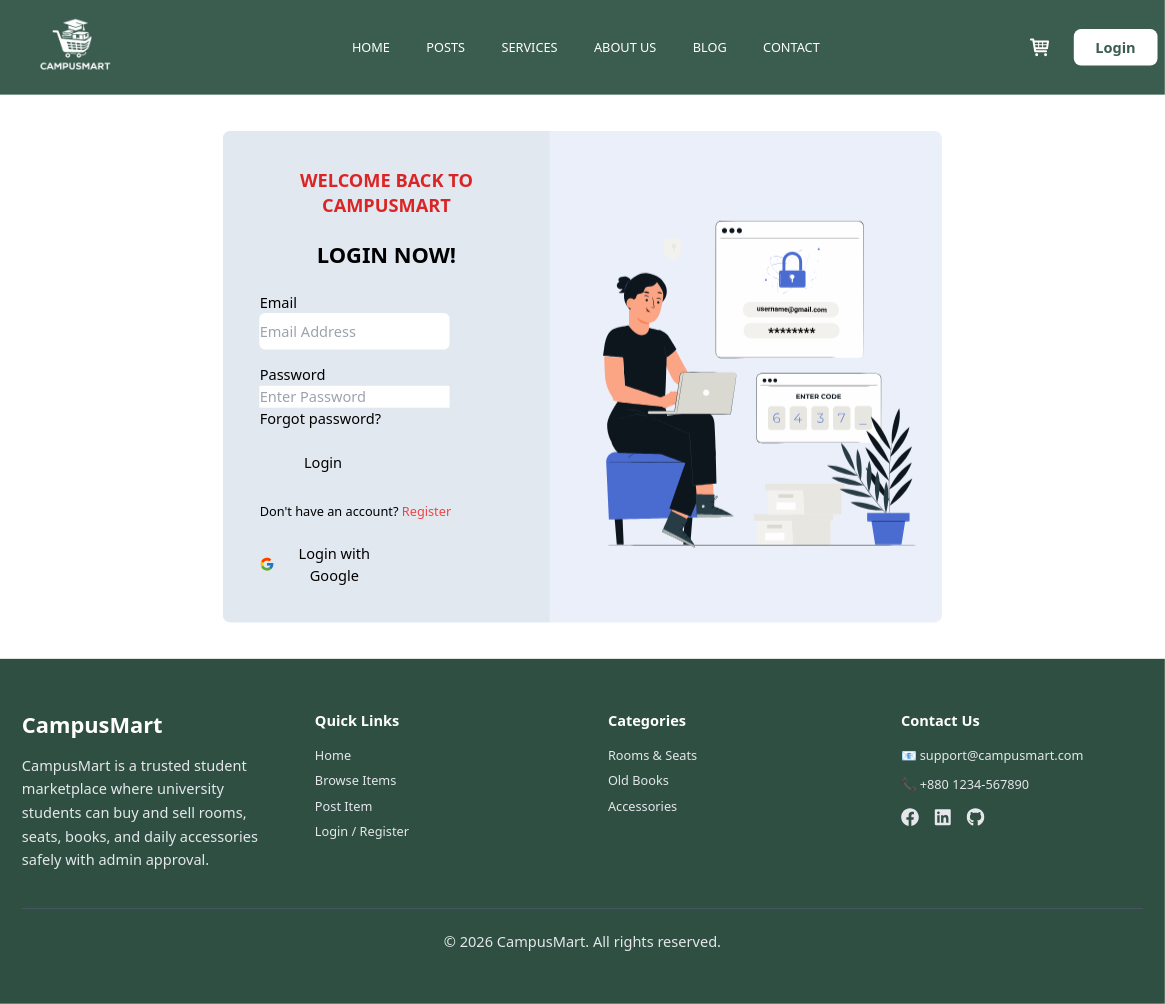
Repository: jahidhasanri/CAMPUSMART
Page: /login
These files come from the project's save history. The page is drawn as it stood at one moment and after the next save; the edit follows.
The browser window is 1280 px wide. The pictures show the whole page, at 91% of full size.
The project was rebuilt for these pictures with package versions that can differ from the ones it lists, and the page was loaded fresh each time. Also part of the build but not shown: vite.config.js, src/components/Banner.jsx, src/Pages/Home.jsx, src/Pages/Register.jsx.

Above is the page before, as saved 2026-01-13 23:19:30.

After the next save:
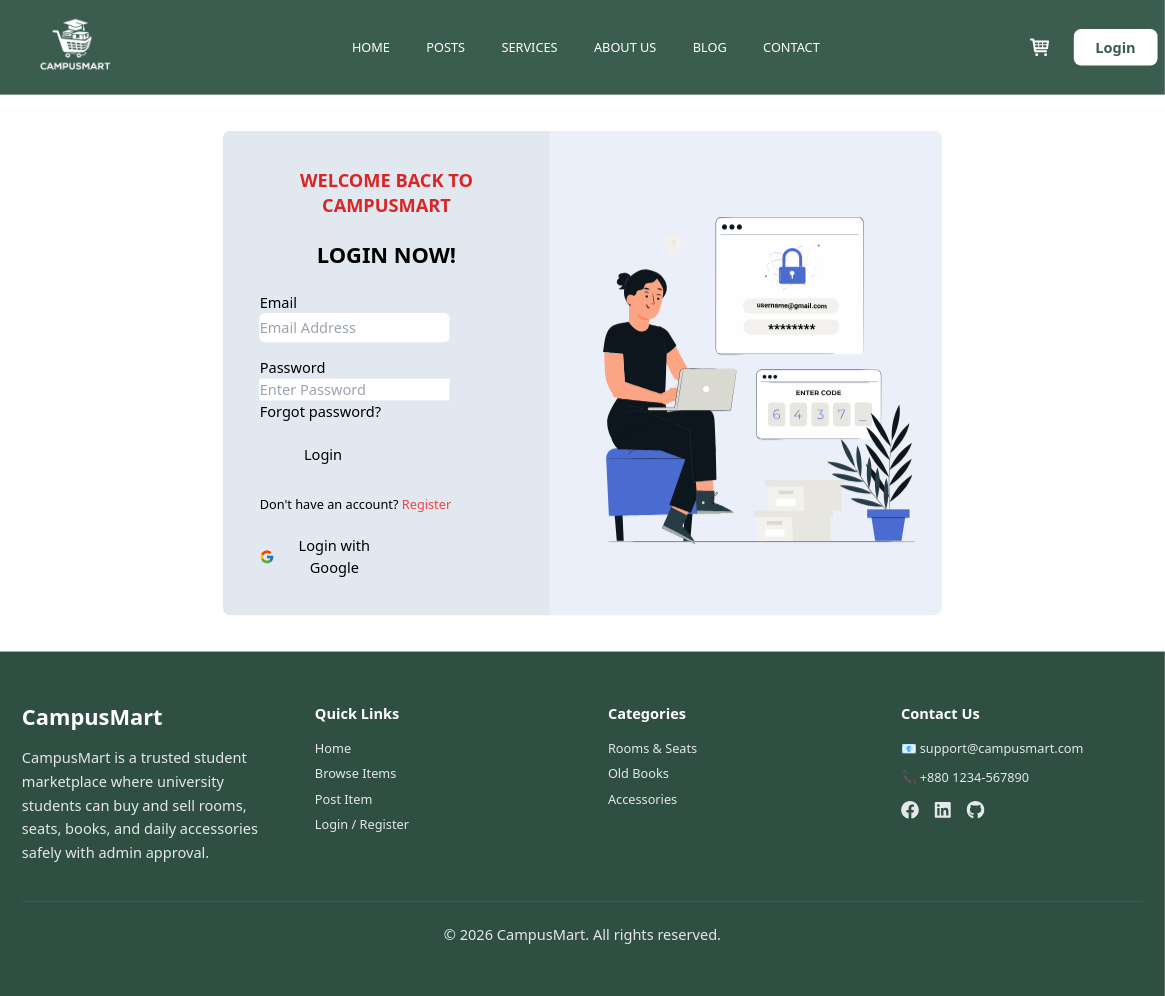
Saved 4 s later.
--- a/src/Pages/Login.jsx
+++ b/src/Pages/Login.jsx
@@ -89,7 +89,7 @@
             type="email"
             name="email"
             placeholder="Email Address"
-            className="input input-bordered w-full h-10 rounded-md lg:w-9/12 bg-white border-gray-300"
+            className="input input-bordered w-full h-8 rounded-md lg:w-9/12 bg-white border-gray-300"
             required
           />
           </div>

After the save that followed:
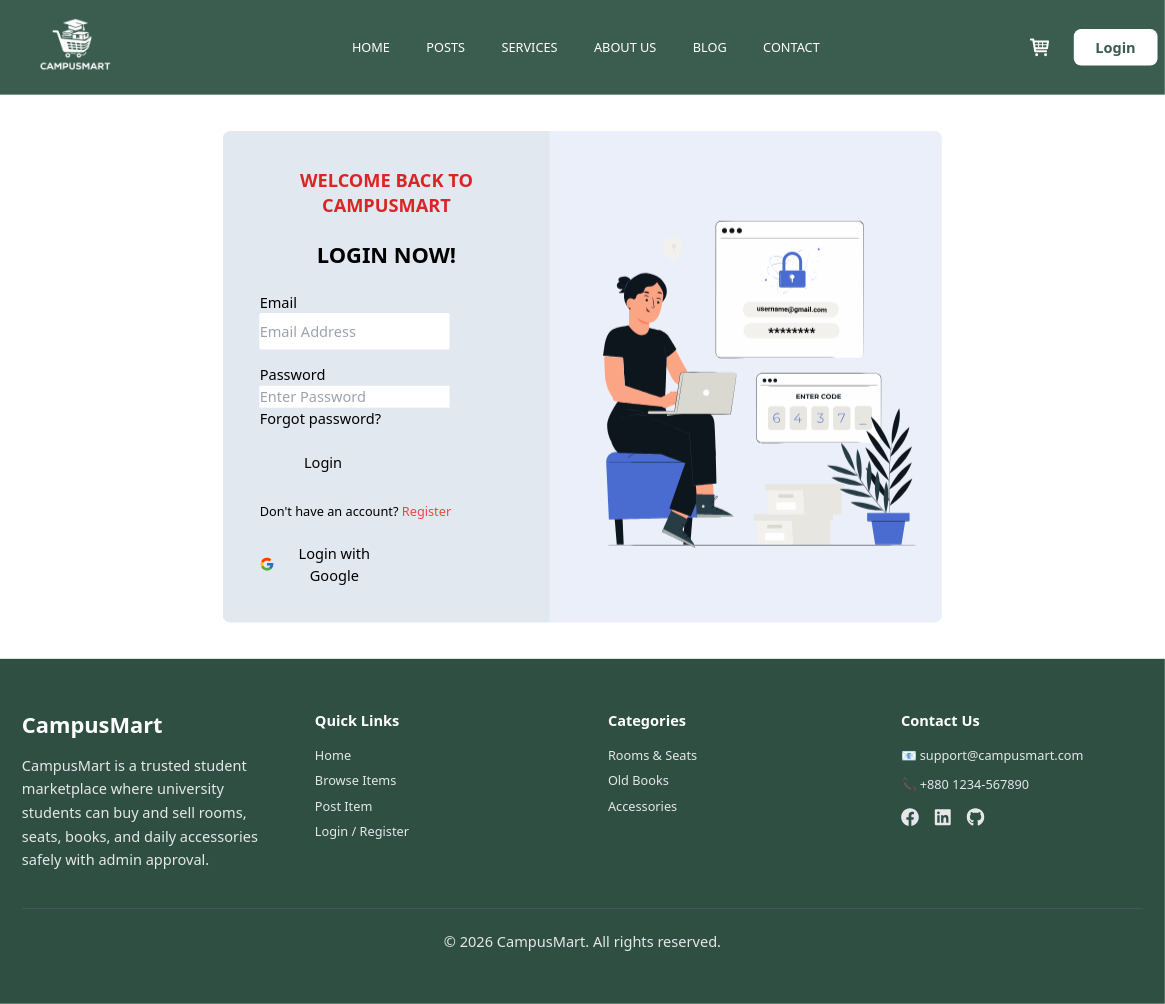
Saved 13 s later.
--- a/src/Pages/Login.jsx
+++ b/src/Pages/Login.jsx
@@ -89,7 +89,7 @@
             type="email"
             name="email"
             placeholder="Email Address"
-            className="input input-bordered w-full h-8 rounded-md lg:w-9/12 bg-white border-gray-300"
+            className="input input-bordered w-full h-10 rounded-sm lg:w-9/12 bg-white border-gray-300"
             required
           />
           </div>
